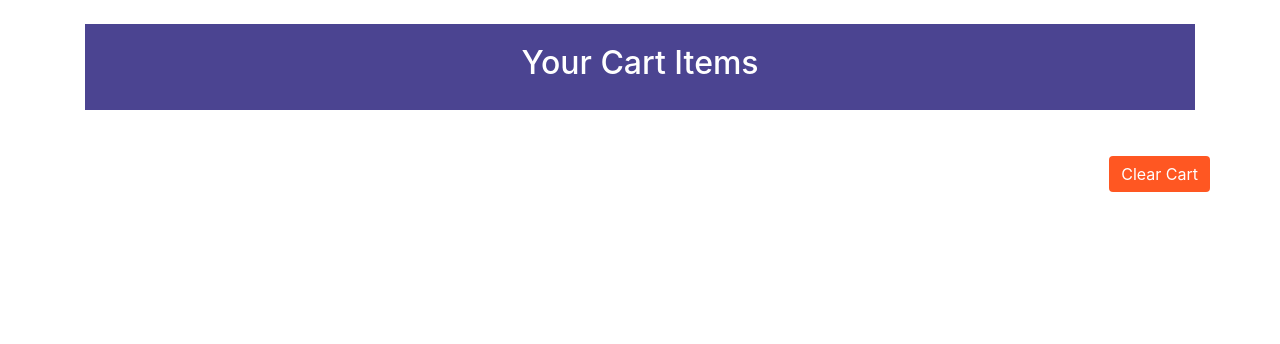
Repository: OraonShivam21/wonderwave-travels
Page: cart/index.html
An editor plug-in stored every save of this project. The page is shown before and after the next save, followed by the edit.
The browser window is 1280 px wide. The pictures show the whole page.

Above is the page before, as saved 2023-12-16 16:04:46.

### cart/index.html
<!DOCTYPE html>
<html lang="en">

<head>
    <!-- Include Bootstrap CSS -->
    <link href="https://stackpath.bootstrapcdn.com/bootstrap/4.3.1/css/bootstrap.min.css" rel="stylesheet">
    <title>Cart Page - Every Sunday</title>

    <style>
        .cart-header {
            background-color: #4B4491;
            color: white;
            padding: 20px;
            margin-bottom: 30px;
        }

        .cart-item {
            border: 1px solid #ddd;
            margin-bottom: 10px;
            padding: 10px;
            border-radius: 5px;
        }

        .cart-total {
            background-color: #f8f9fa;
            padding: 20px;
            border-radius: 5px;
        }

        .remove-item-btn,
        .clear-cart-btn,
        .checkout-btn {
            background-color: #FF5722;
            color: white;
            border: none;
        }

        .remove-item-btn:hover,
        .clear-cart-btn:hover,
        .checkout-btn:hover {
            background-color: #E64A19;
        }
    </style>
</head>

<body>
    <div class="container mt-4">
        <div class="cart-header text-center">
            <h2>Your Cart Items</h2>
        </div>
        <div id="cart-items" class="row">
            <!-- Cart items will be loaded here dynamically -->
        </div>
        <div id="cart-summary" class="row justify-content-end mt-2">
            <!-- Cart summary will be loaded here dynamically -->
        </div>
        <div class="row justify-content-end mt-2">
            <button id="clear-cart" class="btn clear-cart-btn">Clear Cart</button>
        </div>
    </div>

    <script src="https://code.jquery.com/jquery-3.3.1.slim.min.js"></script>
    <script src="https://stackpath.bootstrapcdn.com/bootstrap/4.3.1/js/bootstrap.min.js"></script>
    <script src="cart.js"></script>
</body>

</html>

### cart/cart.js
function loadCartItems() {
  const cartItemsContainer = document.getElementById("cart-items");
  let cart = JSON.parse(localStorage.getItem("cart")) || [];

  cart.forEach((item, index) => {
    const colDiv = document.createElement("div");
    colDiv.className = "col-md-4 mb-4";

    const cardDiv = document.createElement("div");
    cardDiv.className = "card h-100";
    // Construct the card content with item details
    // Include a 'Remove from Cart' button
    cardDiv.innerHTML = `
            <img src="${item.image}" class="card-img-top" alt="${item.title}">
            <div class="card-body">
                <h5 class="card-title">${item.title}</h5>
                <!-- ... Other details ... -->
                <button class="btn btn-danger mt-2" onclick="removeFromCart(${index})">Remove from Cart</button>
            </div>
        `;

    colDiv.appendChild(cardDiv);
    cartItemsContainer.appendChild(colDiv);
  });
}

function removeFromCart(index) {
  let cart = JSON.parse(localStorage.getItem("cart")) || [];
  cart.splice(index, 1); // Remove item at the index
  localStorage.setItem("cart", JSON.stringify(cart));
  // Refresh cart display
  loadCartItems();
}

document.addEventListener("DOMContentLoaded", loadCartItems);

After the next save:
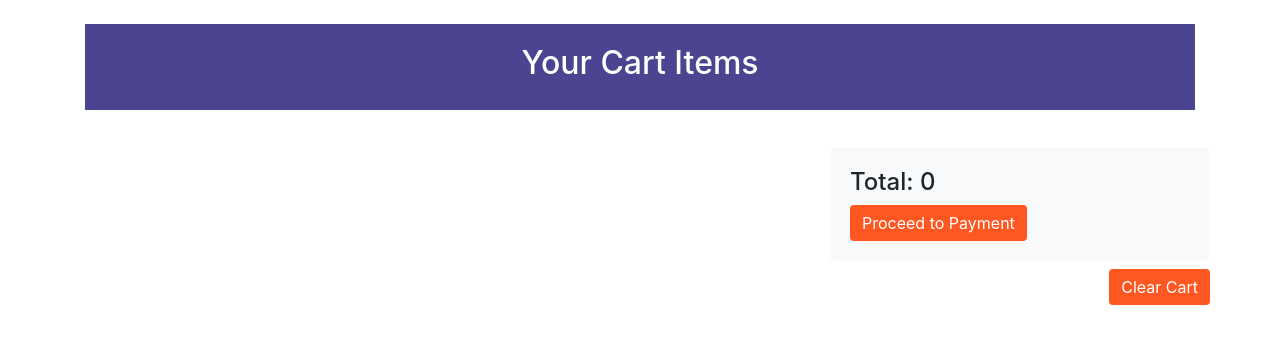
Saved 30 s later.
--- a/cart/cart.js
+++ b/cart/cart.js
@@ -1,35 +1,47 @@
+document.addEventListener("DOMContentLoaded", function () {
+  loadCartItems();
+  document.getElementById("clear-cart").addEventListener("click", clearCart);
+});
+
 function loadCartItems() {
+  const cartItems = JSON.parse(localStorage.getItem("cart")) || [];
   const cartItemsContainer = document.getElementById("cart-items");
-  let cart = JSON.parse(localStorage.getItem("cart")) || [];
+  cartItemsContainer.innerHTML = ""; // Clear the container
 
-  cart.forEach((item, index) => {
-    const colDiv = document.createElement("div");
-    colDiv.className = "col-md-4 mb-4";
+  let total = 0;
+  cartItems.forEach((item, index) => {
+    total += item.price;
+    const cartItemDiv = document.createElement("div");
+    cartItemDiv.className = "col-12 cart-item";
+    cartItemDiv.innerHTML = `
+          <h5>${item.title}</h5>
+          <p>Price: ${item.currency} ${item.price}</p>
+          <button class="btn remove-item-btn" onclick="removeFromCart(${index})">Remove</button>
+      `;
+    cartItemsContainer.appendChild(cartItemDiv);
+  });
 
-    const cardDiv = document.createElement("div");
-    cardDiv.className = "card h-100";
-    // Construct the card content with item details
-    // Include a 'Remove from Cart' button
-    cardDiv.innerHTML = `
-            <img src="${item.image}" class="card-img-top" alt="${item.title}">
-            <div class="card-body">
-                <h5 class="card-title">${item.title}</h5>
-                <!-- ... Other details ... -->
-                <button class="btn btn-danger mt-2" onclick="removeFromCart(${index})">Remove from Cart</button>
-            </div>
-        `;
-
-    colDiv.appendChild(cardDiv);
-    cartItemsContainer.appendChild(colDiv);
-  });
+  // Load cart summary
+  const cartSummary = document.getElementById("cart-summary");
+  cartSummary.innerHTML = `
+      <div class="col-md-4 offset-md-8 cart-total">
+          <h4>Total: ${cartItems.reduce(
+            (acc, item) => acc + item.price,
+            0
+          )} </h4>
+          <button class="btn checkout-btn">Proceed to Payment</button>
+      </div>
+  `;
 }
 
 function removeFromCart(index) {
-  let cart = JSON.parse(localStorage.getItem("cart")) || [];
-  cart.splice(index, 1); // Remove item at the index
-  localStorage.setItem("cart", JSON.stringify(cart));
-  // Refresh cart display
-  loadCartItems();
+  let cartItems = JSON.parse(localStorage.getItem("cart")) || [];
+  cartItems.splice(index, 1);
+  localStorage.setItem("cart", JSON.stringify(cartItems));
+  loadCartItems(); // Refresh the cart items display
 }
 
-document.addEventListener("DOMContentLoaded", loadCartItems);
+function clearCart() {
+  localStorage.setItem("cart", JSON.stringify([]));
+  loadCartItems(); // Refresh the cart items display
+}
